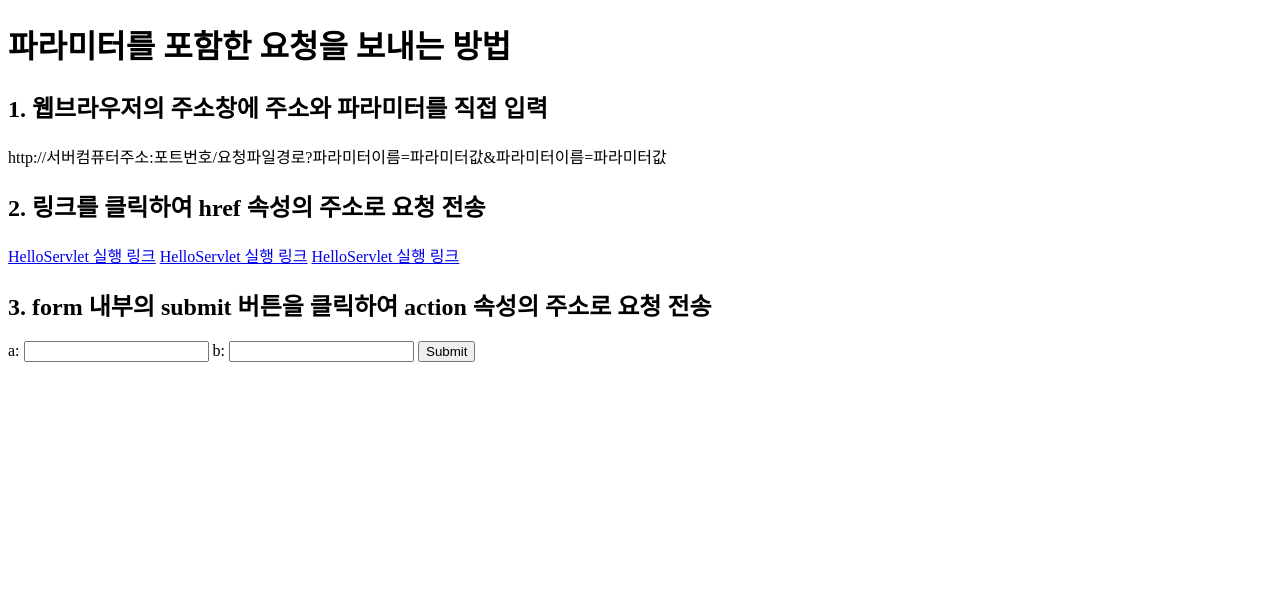
Repository: gywjd848/jeongblog
Page: workspace/exweb/WebContent/param.html
The author's editor kept a copy of each file at every save. The page is drawn from the files as they stood at one save, then again after the next save.
The browser window is 1280 px wide. The pictures show the whole page.

Above is the page before, as saved 2020-05-15 02:12:10.

After the next save:
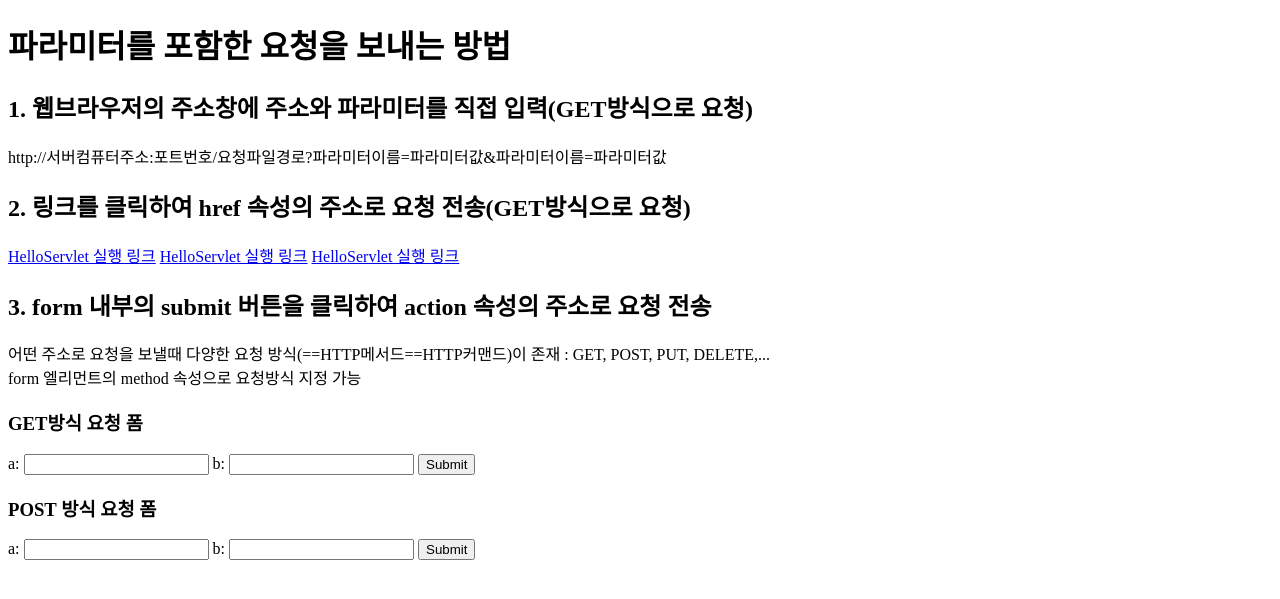
Saved 9 min 51 s later.
--- a/workspace/exweb/WebContent/param.html
+++ b/workspace/exweb/WebContent/param.html
@@ -6,16 +6,25 @@
 </head>
 <body>
 	<h1>파라미터를 포함한 요청을 보내는 방법</h1>
-	<h2>1. 웹브라우저의 주소창에 주소와 파라미터를 직접 입력</h2>
+	<h2>1. 웹브라우저의 주소창에 주소와 파라미터를 직접 입력(GET방식으로 요청)</h2>
 	<div>http://서버컴퓨터주소:포트번호/요청파일경로?파라미터이름=파라미터값&파라미터이름=파라미터값</div>
-	<h2>2. 링크를 클릭하여 href 속성의 주소로 요청 전송</h2>
+	<h2>2. 링크를 클릭하여 href 속성의 주소로 요청 전송(GET방식으로 요청)</h2>
 	<div>
 		<a href="http://localhost:8000/exweb/hello.do?a=hello&b=포로리">HelloServlet 실행 링크</a>
 		<a href="/exweb/hello.do?a=hello&b=포로리">HelloServlet 실행 링크</a>
 		<a href="hello.do?a=hello&b=포로리">HelloServlet 실행 링크</a>
 	</div>
 	<h2>3. form 내부의 submit 버튼을 클릭하여 action 속성의 주소로 요청 전송</h2>
-	<form action="http://localhost:8000/exweb/hello.do">
+	<div>어떤 주소로 요청을 보낼때  다양한 요청 방식(==HTTP메서드==HTTP커맨드)이 존재 : GET, POST, PUT, DELETE,...</div>
+	<div>form 엘리먼트의 method 속성으로 요청방식 지정 가능</div>
+	<h3>GET방식 요청 폼</h3>
+	<form action="http://localhost:8000/exweb/hello.do"method="get">
+		a: <input type="text" name="a"/>
+		b: <input type="text" name="b"/>
+		<input type="submit" />
+	</form>
+	<h3>POST 방식 요청 폼</h3>
+	<form action="http://localhost:8000/exweb/hello.do" method="post">
 		a: <input type="text" name="a"/>
 		b: <input type="text" name="b"/>
 		<input type="submit" />
